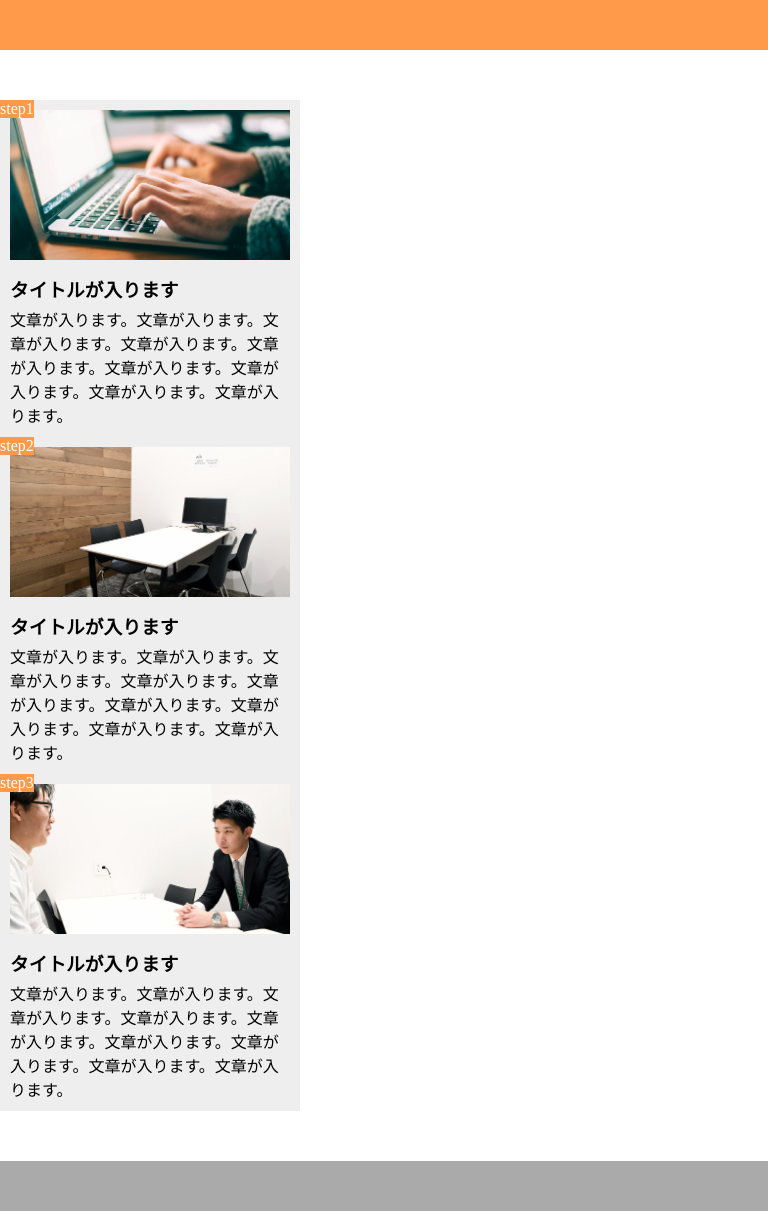
Repository: cacaobucks/git-practice
Page: answer/answer.html
The author's editor kept a record of every edit. The page is drawn from the files as they stood at one moment, then again after the next edit.
The browser window is 768 px wide. The pictures show the whole page.

Above is the page before.

After the next edit:
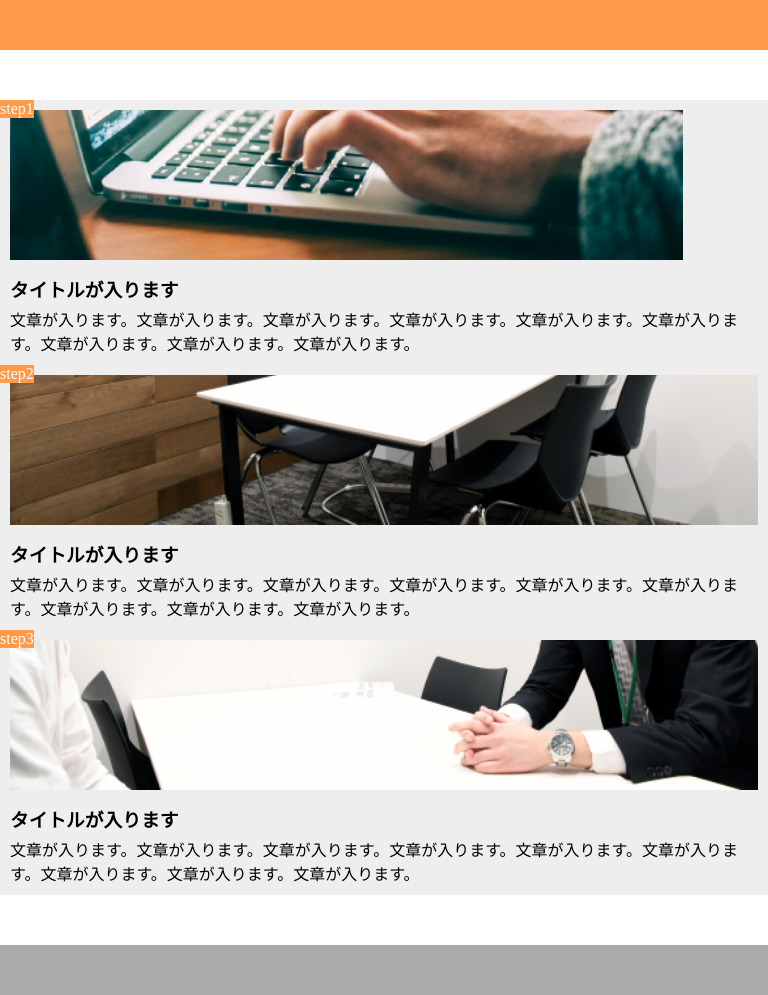
The edit:
--- a/answer/answer.css
+++ b/answer/answer.css
@@ -70,9 +70,9 @@
 
 main{width: 100%;display: block;}
 
-.step-box{100%}
+.step-box{width: 100%}
 
-.step-img1{width: 100%;}
+.step-img1{width: 90%;}
 
 .step-img2{width: 100%;}
 
